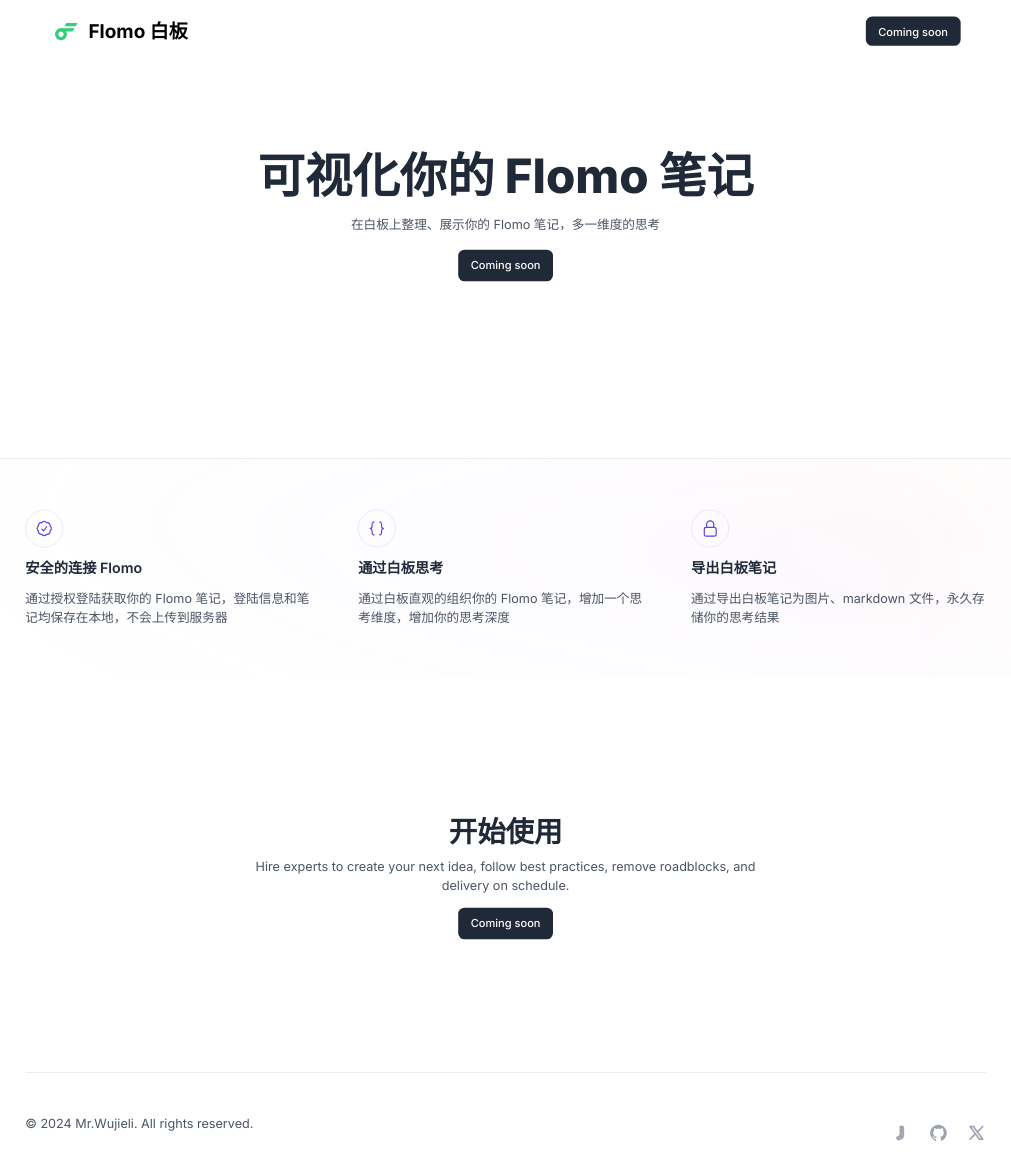
Repository: wujieli0207/flomo-board
Page: /
An editor plug-in stored every save of this project. The page is shown before and after the next save, followed by the edit.
The browser window is 1280 px wide. The pictures show the whole page, at 79% of full size.
The project was rebuilt for these pictures with package versions that can differ from the ones it lists, and the page was loaded fresh each time. The framework's server and built-in components were replaced by stand-ins that run in the browser. Also part of the build but not shown: next.config.mjs.

Above is the page before, as saved 2024-06-22 20:26:45.

### app/page.tsx
import GradientWrapper from '@/components/GradientWrapper'
import Features from '@/components/ui/Features'
import Footer from '@/components/ui/Footer'
import FooterCTA from '@/components/ui/FooterCTA'
import Hero from '@/components/ui/Hero'
import Navbar from '@/components/ui/Navbar'

export default function Home() {
  return (
    <>
      <Navbar />
      <main className="flex min-h-screen flex-col items-center justify-between">
        <Hero />
        <GradientWrapper>
          <Features />
        </GradientWrapper>
        <FooterCTA />
      </main>
      <Footer />
    </>
  )
}

### app/globals.css
@tailwind base;
@tailwind components;
@tailwind utilities;

.custom-screen {
  @apply max-w-screen-xl mx-auto px-4 md:px-8;
}

.gradient-border {
  border: 1px solid transparent;
  background: linear-gradient(white, white),
    linear-gradient(
      25deg,
      rgba(209, 213, 219, 1),
      rgba(209, 213, 219, 1),
      rgba(0, 0, 0, 0.63),
      rgba(209, 213, 219, 1),
      rgba(209, 213, 219, 1)
    );
  background-clip: padding-box, border-box;
  background-origin: padding-box, border-box;
}

### components/GradientWrapper.tsx
import { ReactNode } from 'react'

interface IProps {
  children: ReactNode
  className?: string
}

const GradientWrapper = ({ children, className = '' }: IProps) => (
  <div
    className={`relative overflow-hidden my-16 border-t sm:my-28 ${
      className ?? ''
    }`}
  >
    <div
      className="blur-[100px] absolute inset-0 w-full h-full"
      style={{
        background:
          'linear-gradient(202.72deg, rgba(237, 78, 80, 0.05) 14.76%, rgba(152, 103, 240, 0.04) 34.37%, rgba(152, 103, 240, 0) 86.62%)',
      }}
    ></div>
    <div className="relative">{children}</div>
  </div>
)

export default GradientWrapper

### components/ui/Features/index.tsx
import SectionWrapper from '../../SectionWrapper'

const Features = () => {
  const features = [
    {
      icon: (
        <svg
          xmlns="http://www.w3.org/2000/svg"
          fill="none"
          viewBox="0 0 24 24"
          strokeWidth={1.5}
          stroke="currentColor"
          className="w-6 h-6"
        >
          <path
            strokeLinecap="round"
            strokeLinejoin="round"
            d="M9 12.75L11.25 15 15 9.75M21 12c0 1.268-.63 2.39-1.593 3.068a3.745 3.745 0 01-1.043 3.296 3.745 3.745 0 01-3.296 1.043A3.745 3.745 0 0112 21c-1.268 0-2.39-.63-3.068-1.593a3.746 3.746 0 01-3.296-1.043 3.745 3.745 0 01-1.043-3.296A3.745 3.745 0 013 12c0-1.268.63-2.39 1.593-3.068a3.745 3.745 0 011.043-3.296 3.746 3.746 0 013.296-1.043A3.746 3.746 0 0112 3c1.268 0 2.39.63 3.068 1.593a3.746 3.746 0 013.296 1.043 3.746 3.746 0 011.043 3.296A3.745 3.745 0 0121 12z"
          />
        </svg>
      ),
      title: '安全的连接 Flomo',
      desc: '通过授权登陆获取你的 Flomo 笔记，登陆信息和笔记均保存在本地，不会上传到服务器',
    },
    {
      icon: (
        <svg
          className="w-6 h-6"
          viewBox="0 0 24 24"
          fill="none"
          xmlns="http://www.w3.org/2000/svg"
        >
          <path
            fill-rule="evenodd"
            clip-rule="evenodd"
            d="M9 4.476V3H8.865C8.3955 3 7.941 3.093 7.5015 3.2775C7.06407 3.46087 6.66854 3.73136 6.339 4.0725C6.01829 4.39483 5.76667 4.77915 5.5995 5.202V5.2035C5.45069 5.60502 5.35097 6.02305 5.3025 6.4485V6.4515C5.25984 6.8816 5.24781 7.31419 5.2665 7.746C5.2845 8.181 5.2935 8.616 5.2935 9.0495C5.2935 9.354 5.2335 9.639 5.118 9.9075V9.909C4.89786 10.433 4.48805 10.8546 3.9705 11.0895C3.70659 11.2048 3.42148 11.2635 3.1335 11.262H3V12.738H3.135C3.4275 12.738 3.705 12.798 3.969 12.9195L3.9705 12.921C4.2375 13.038 4.464 13.197 4.653 13.398L4.656 13.401C4.851 13.596 5.0055 13.8285 5.1165 14.0985L5.118 14.1015C5.235 14.3715 5.2935 14.6535 5.2935 14.9505C5.2935 15.3855 5.2845 15.8205 5.2665 16.254C5.2485 16.698 5.2605 17.1315 5.3025 17.559V17.5605C5.352 17.985 5.451 18.3975 5.598 18.7965V18.798C5.757 19.2075 6.0045 19.584 6.339 19.9275C6.6735 20.2725 7.062 20.538 7.5015 20.7225C7.941 20.907 8.3955 21 8.8665 21H9V19.524H8.865C8.565 19.524 8.2845 19.467 8.0205 19.3515C7.76585 19.2325 7.53389 19.0701 7.335 18.8715C7.14192 18.666 6.98519 18.4291 6.8715 18.171C6.7605 17.901 6.7065 17.616 6.7065 17.3115C6.7065 16.9695 6.711 16.632 6.723 16.3035C6.735 15.9615 6.735 15.6285 6.723 15.306C6.71771 14.9845 6.69015 14.6637 6.6405 14.346C6.59278 14.0326 6.50819 13.726 6.3885 13.4325C6.15504 12.8646 5.77322 12.3698 5.283 12C5.77377 11.6304 6.15612 11.1356 6.39 10.5675C6.51 10.2795 6.5925 9.978 6.642 9.6645C6.6915 9.3495 6.7185 9.03 6.7245 8.7045C6.7365 8.3745 6.7365 8.0415 6.7245 7.7055C6.7125 7.3695 6.7065 7.0305 6.7065 6.6885C6.7039 6.25858 6.82703 5.83727 7.06076 5.47643C7.29448 5.11558 7.6286 4.83093 8.022 4.6575C8.28687 4.53605 8.57512 4.4741 8.8665 4.476H9ZM15 19.524V21H15.135C15.6045 21 16.059 20.907 16.4985 20.7225C16.938 20.538 17.3265 20.2725 17.661 19.9275C17.9955 19.5825 18.243 19.2075 18.4005 18.798V18.7965C18.5505 18.3975 18.648 17.982 18.6975 17.5515V17.5485C18.7395 17.1285 18.7515 16.698 18.7335 16.254C18.7155 15.819 18.7065 15.384 18.7065 14.9505C18.7065 14.646 18.7665 14.361 18.882 14.0925V14.091C19.1019 13.5668 19.5118 13.1452 20.0295 12.9105C20.2935 12.7954 20.5785 12.7367 20.8665 12.738H21V11.262H20.865C20.571 11.262 20.2935 11.202 20.0295 11.0805L20.028 11.079C19.7705 10.968 19.5382 10.8057 19.3455 10.602L19.3425 10.599C19.1443 10.3993 18.9878 10.1622 18.882 9.9015V9.8985C18.7648 9.63083 18.7045 9.34171 18.705 9.0495C18.705 8.6145 18.714 8.1795 18.732 7.746C18.7507 7.3107 18.7387 6.87461 18.696 6.441V6.4395C18.6474 6.01715 18.5482 5.60217 18.4005 5.2035V5.202C18.2329 4.77902 17.9807 4.39469 17.6595 4.0725C17.3299 3.7314 16.9344 3.46091 16.497 3.2775C16.0653 3.09415 15.601 2.99977 15.132 3H15V4.476H15.135C15.435 4.476 15.7155 4.533 15.978 4.6485C16.239 4.7715 16.467 4.9305 16.6635 5.1285C16.854 5.3295 17.0085 5.5635 17.127 5.829C17.238 6.099 17.292 6.384 17.292 6.6885C17.292 7.0305 17.2875 7.3665 17.2755 7.6965C17.2635 8.0385 17.2635 8.3715 17.2755 8.694C17.2815 9.027 17.3085 9.3465 17.358 9.654C17.4075 9.975 17.4915 10.278 17.61 10.5675C17.8439 11.1356 18.2263 11.6303 18.717 12C18.2263 12.3697 17.8439 12.8644 17.61 13.4325C17.4912 13.7227 17.4066 14.0257 17.358 14.3355C17.3085 14.6505 17.2815 14.97 17.2755 15.2955C17.2634 15.6284 17.2634 15.9616 17.2755 16.2945C17.2875 16.6305 17.2935 16.9695 17.2935 17.3115C17.2959 17.7414 17.1727 18.1626 16.939 18.5234C16.7053 18.8842 16.3713 19.1689 15.978 19.3425C15.7131 19.4639 15.4249 19.5259 15.1335 19.524H15Z"
            fill="currentColor"
          />
        </svg>
      ),
      title: '通过白板思考',
      desc: '通过白板直观的组织你的 Flomo 笔记，增加一个思考维度，增加你的思考深度',
    },
    {
      icon: (
        <svg
          xmlns="http://www.w3.org/2000/svg"
          fill="none"
          viewBox="0 0 24 24"
          strokeWidth={1.5}
          stroke="currentColor"
          className="w-6 h-6"
        >
          <path
            strokeLinecap="round"
            strokeLinejoin="round"
            d="M16.5 10.5V6.75a4.5 4.5 0 10-9 0v3.75m-.75 11.25h10.5a2.25 2.25 0 002.25-2.25v-6.75a2.25 2.25 0 00-2.25-2.25H6.75a2.25 2.25 0 00-2.25 2.25v6.75a2.25 2.25 0 002.25 2.25z"
          />
        </svg>
      ),
      title: '导出白板笔记',
      desc: '通过导出白板笔记为图片、markdown 文件，永久存储你的思考结果',
    },
  ]

  return (
    <SectionWrapper>
      <div id="features" className="custom-screen text-gray-600">
        <ul className="grid gap-x-12 gap-y-8 sm:grid-cols-2 lg:grid-cols-3">
          {features.map((item, idx) => (
            <li key={idx} className="space-y-3">
              <div className="w-12 h-12 border text-indigo-600 rounded-full flex items-center justify-center">
                {item.icon}
              </div>
              <h4 className="text-lg text-gray-800 font-semibold">
                {item.title}
              </h4>
              <p>{item.desc}</p>
            </li>
          ))}
        </ul>
      </div>
    </SectionWrapper>
  )
}

export default Features

### components/ui/Footer/index.tsx
import Link from 'next/link'

const socialInfo = [
  {
    icon: (
      <svg
        className="fill-current h-6"
        viewBox="0 0 1024 1024"
        version="1.1"
        xmlns="http://www.w3.org/2000/svg"
        p-id="11966"
      >
        <path
          d="M297.88660622 864.60698169a17.99472925 17.99472925 0 0 1-1.92238933 0.35535076l61.27179093 59.73970488c58.91832035-5.41181725 116.59000035-20.90744035 159.05150293-36.26325333 42.49645511-15.39076551 77.44316302-35.15642311 104.9100288-59.38435413a221.79130027 221.79130027 0 0 0 61.02129778-87.27647574c13.18293049-33.98551325 19.77148302-73.20225565 19.77148302-117.66187804V404.55008711c0-49.51608889 0.18058809-92.43779982 0.53593885-128.73600569 0.35535075-36.3331584 0.57089138-69.10698382 0.57089138-98.42633387l-68.53609245-54.67741297c0 29.24361955-0.18058809 62.01744498-0.53593884 98.31565084s-0.53593885 79.22574222-0.53593884 128.73600569v219.57763982c0 44.45379698-6.58855253 83.6763648-19.77148303 117.62692552a221.8786816 221.8786816 0 0 1-61.02129777 87.27647573c-27.43191325 24.2221056-62.40774827 44.02854115-104.9100288 59.38435413-41.93138915 15.16357405-91.9076864 25.49787307-149.89976463 30.97959538z"
          p-id="11967"
        ></path>
        <path
          d="M634.59018525 122.59965155c0 29.27857209-0.21554062 62.08735005-0.57089138 98.39138134a13396.43221333 13396.43221333 0 0 0-0.53593885 128.77678364v219.57763982c0 44.45379698-6.58855253 83.6763648-19.80643555 117.62692552a221.85537991 221.85537991 0 0 1-60.98634525 87.27647573c-27.46686578 24.2221056-62.44852622 44.02854115-104.9100288 59.38435413s-93.15432675 25.75419165-152.07264711 31.17183432l-33.05927111-142.02379378c26.85519645-2.98261618 53.48320142-7.79441493 79.68595058-14.38879289a165.97210453 165.97210453 0 0 0 59.62902187-28.46301298c18.05880889-14.06839467 31.70194773-31.77767822 40.96436906-53.1103744 9.19251627-21.3385216 13.78294898-49.51608889 13.78294898-84.5676544 0-28.21251982 0.1048576-57.92217315 0.28544569-89.19886507 0.18058809-31.24173938 0.25049315-63.51457849 0.25049315-96.74861226 0-57.85226809-0.25049315-103.83815111-0.786432-137.99842702-0.57089138-34.16027591-0.9961472-66.04281173-1.35149795-95.68256h179.42882987l0.0524288-0.0233017z"
          p-id="11968"
        ></path>
      </svg>
    ),
    href: 'https://web.okjike.com/u/737645D8-42B5-4B4F-9687-DCA50D85DE1A',
  },
  {
    icon: (
      <svg
        className="fill-current h-6 icon"
        viewBox="0 0 1024 1024"
        version="1.1"
        xmlns="http://www.w3.org/2000/svg"
        p-id="10708"
      >
        <path
          d="M511.6 76.3C264.3 76.2 64 276.4 64 523.5 64 718.9 189.3 885 363.8 946c23.5 5.9 19.9-10.8 19.9-22.2v-77.5c-135.7 15.9-141.2-73.9-150.3-88.9C215 726 171.5 718 184.5 703c30.9-15.9 62.4 4 98.9 57.9 26.4 39.1 77.9 32.5 104 26 5.7-23.5 17.9-44.5 34.7-60.8-140.6-25.2-199.2-111-199.2-213 0-49.5 16.3-95 48.3-131.7-20.4-60.5 1.9-112.3 4.9-120 58.1-5.2 118.5 41.6 123.2 45.3 33-8.9 70.7-13.6 112.9-13.6 42.4 0 80.2 4.9 113.5 13.9 11.3-8.6 67.3-48.8 121.3-43.9 2.9 7.7 24.7 58.3 5.5 118 32.4 36.8 48.9 82.7 48.9 132.3 0 102.2-59 188.1-200 212.9 23.5 23.2 38.1 55.4 38.1 91v112.5c0.8 9 0 17.9 15 17.9 177.1-59.7 304.6-227 304.6-424.1 0-247.2-200.4-447.3-447.5-447.3z"
          p-id="10709"
        ></path>
      </svg>
    ),
    href: 'https://github.com/wujieli0207',
  },
  {
    icon: (
      <svg
        xmlns="http://www.w3.org/2000/svg"
        width="24"
        height="24"
        viewBox="0 0 24 24"
        fill="none"
        stroke="currentColor"
        stroke-width="2"
        stroke-linecap="round"
        stroke-linejoin="round"
      >
        <path stroke="none" d="M0 0h24v24H0z" fill="none" />
        <path d="M4 4l11.733 16h4.267l-11.733 -16z" />
        <path d="M4 20l6.768 -6.768m2.46 -2.46l6.772 -6.772" />
      </svg>
    ),
    href: 'https://x.com/li_wujie',
  },
]

const Footer = () => (
  <footer>
    <div className="custom-screen pt-16">
      <div className="mt-10 py-10 border-t items-center justify-between sm:flex">
        <p className="text-gray-600">
          © 2024{' '}
          <Link
            href="https://wujieli.com"
            target="_blank"
            className="hover:text-gray-800 hover:underline duration-150"
          >
            Mr.Wujieli
          </Link>
          . All rights reserved.
        </p>
        <div className="flex items-center gap-x-6 text-gray-400 mt-6">
          {socialInfo.map((item, idx) => (
            <a
              key={idx}
              href={item.href}
              aria-label="social media"
              target="_blank"
              rel="noreferrer"
            >
              {item.icon}
            </a>
          ))}
        </div>
      </div>
    </div>
  </footer>
)

export default Footer

### components/ui/FooterCTA/index.tsx
import SectionWrapper from '../../SectionWrapper'
import NavLink from '../NavLink'

const FooterCTA = () => (
  <SectionWrapper>
    <div className="custom-screen">
      <div className="max-w-2xl mx-auto text-center">
        <h2 className="text-gray-800 text-3xl font-semibold sm:text-4xl">
          开始使用
        </h2>
        <p className="mt-3 text-gray-600">
          Hire experts to create your next idea, follow best practices, remove
          roadblocks, and delivery on schedule.
        </p>
        <NavLink
          href="/"
          className="mt-4 inline-block font-medium text-sm text-white bg-gray-800 hover:bg-gray-600 active:bg-gray-900"
        >
          Coming soon
        </NavLink>
      </div>
    </div>
  </SectionWrapper>
)

export default FooterCTA

### components/ui/Hero/index.tsx
import NavLink from '../NavLink'

const Hero = () => (
  <section>
    <div className="custom-screen py-28 text-gray-600">
      <div className="space-y-5 max-w-4xl mx-auto text-center">
        <h1 className="text-4xl text-gray-800 font-extrabold mx-auto sm:text-6xl">
          可视化你的 Flomo 笔记
        </h1>
        <p className="max-w-xl mx-auto">
          在白板上整理、展示你的 Flomo 笔记，多一维度的思考
        </p>
        <div className="flex items-center justify-center gap-x-3 font-medium text-sm">
          <NavLink
            href="/"
            className="text-white bg-gray-800 hover:bg-gray-600 active:bg-gray-900 "
          >
            Coming soon
          </NavLink>
          {/* <NavLink
            href="#cta"
            className="text-gray-700 border hover:bg-gray-50"
          >
            Learn more
          </NavLink> */}
        </div>
      </div>
    </div>
  </section>
)

export default Hero

### components/ui/Navbar/index.tsx
'use client'

import Link from 'next/link'
import { useEffect, useState } from 'react'
import Brand from '../Brand'
import NavLink from '../NavLink'

const Navbar = () => {
  const [state, setState] = useState(false)
  // const { events } = useRouter()

  // const navigation = [{ title: 'Features', path: '#features' }]

  useEffect(() => {
    // Close the navbar menu when navigate
    const handleState = () => {
      document.body.classList.remove('overflow-hidden')
      setState(false)
    }
    // events.on('routeChangeStart', () => handleState())
    // events.on('hashChangeStart', () => handleState())
  }, [])

  const handleNavMenu = () => {
    setState(!state)
    document.body.classList.toggle('overflow-hidden')
  }

  return (
    <nav
      className={`bg-white w-full px-8 md:static md:text-sm ${
        state ? 'fixed z-10 h-full' : ''
      }`}
    >
      <div className="custom-screen items-center mx-auto md:flex">
        <div className="flex items-center justify-between py-3 md:py-5 md:block">
          <Brand />
          <div className="md:hidden">
            <button
              role="button"
              aria-label="Open the menu"
              className="text-gray-500 hover:text-gray-800"
              onClick={handleNavMenu}
            >
              {state ? (
                <svg
                  xmlns="http://www.w3.org/2000/svg"
                  className="h-6 w-6"
                  viewBox="0 0 20 20"
                  fill="currentColor"
                >
                  <path
                    fillRule="evenodd"
                    d="M4.293 4.293a1 1 0 011.414 0L10 8.586l4.293-4.293a1 1 0 111.414 1.414L11.414 10l4.293 4.293a1 1 0 01-1.414 1.414L10 11.414l-4.293 4.293a1 1 0 01-1.414-1.414L8.586 10 4.293 5.707a1 1 0 010-1.414z"
                    clipRule="evenodd"
                  />
                </svg>
              ) : (
                <svg
                  xmlns="http://www.w3.org/2000/svg"
                  fill="none"
                  viewBox="0 0 24 24"
                  strokeWidth={1.5}
                  stroke="currentColor"
                  className="w-6 h-6"
                >
                  <path
                    strokeLinecap="round"
                    strokeLinejoin="round"
                    d="M3.75 6.75h16.5M3.75 12h16.5m-16.5 5.25h16.5"
                  />
                </svg>
              )}
            </button>
          </div>
        </div>
        <div
          className={`flex-1 pb-3 mt-8 md:pb-0 md:mt-0 md:block ${
            state ? '' : 'hidden'
          }`}
        >
          <ul className="text-gray-700 justify-end items-center space-y-6 md:flex md:space-x-6 md:space-y-0 md:text-gray-600 md:font-medium">
            {/* {navigation.map((item, idx) => {
              return (
                <li key={idx} className="duration-150 hover:text-gray-900">
                  <Link href={item.path} className="block">
                    {item.title}
                  </Link>
                </li>
              )
            })} */}
            <li>
              <NavLink
                href="/"
                className="block font-medium text-sm text-white bg-gray-800 hover:bg-gray-600 active:bg-gray-900 md:inline"
              >
                Coming soon
              </NavLink>
            </li>
          </ul>
        </div>
      </div>
    </nav>
  )
}

export default Navbar

### components/SectionWrapper.tsx
import { ReactNode } from 'react'

interface IProps {
  children: ReactNode
  id?: string
  className?: string
}

const SectionWrapper = ({ children, id, className }: IProps) => (
  <section id={id} className={`py-16 ${className ?? ''}`}>
    {children}
  </section>
)

export default SectionWrapper

### components/ui/NavLink/index.tsx
import Link from 'next/link'
import { ReactNode } from 'react'

interface IProps {
  children: ReactNode
  href: string
  className?: string
}

const NavLink = ({ children, href, className = '' }: IProps) => (
  <Link
    href={href}
    className={`py-2.5 px-4 text-center rounded-lg duration-150 ${className}`}
  >
    {children}
  </Link>
)

export default NavLink

### components/ui/Brand/index.tsx
import Image from 'next/image'
import Link from 'next/link'

const Brand = () => (
  <Link href="/" className="flex items-center">
    <Image src="/logo.svg" width={40} height={40} alt="logo" />
    <h1 className="ml-2 text-2xl font-bold">Flomo 白板</h1>
  </Link>
)
export default Brand

### tailwind.config.ts
import type { Config } from 'tailwindcss'

const config: Config = {
  content: [
    './pages/**/*.{js,ts,jsx,tsx,mdx}',
    './components/**/*.{js,ts,jsx,tsx,mdx}',
    './app/**/*.{js,ts,jsx,tsx,mdx}',
  ],
  theme: {
    extend: {
      backgroundImage: {
        'gradient-radial': 'radial-gradient(var(--tw-gradient-stops))',
        'gradient-conic':
          'conic-gradient(from 180deg at 50% 50%, var(--tw-gradient-stops))',
      },
    },
  },
  plugins: [
    require('@tailwindcss/forms')({
      strategy: 'class', // only generate classes
    }),
  ],
}
export default config

Loaded but not shown: app/layout.tsx (common file)

After the next save:
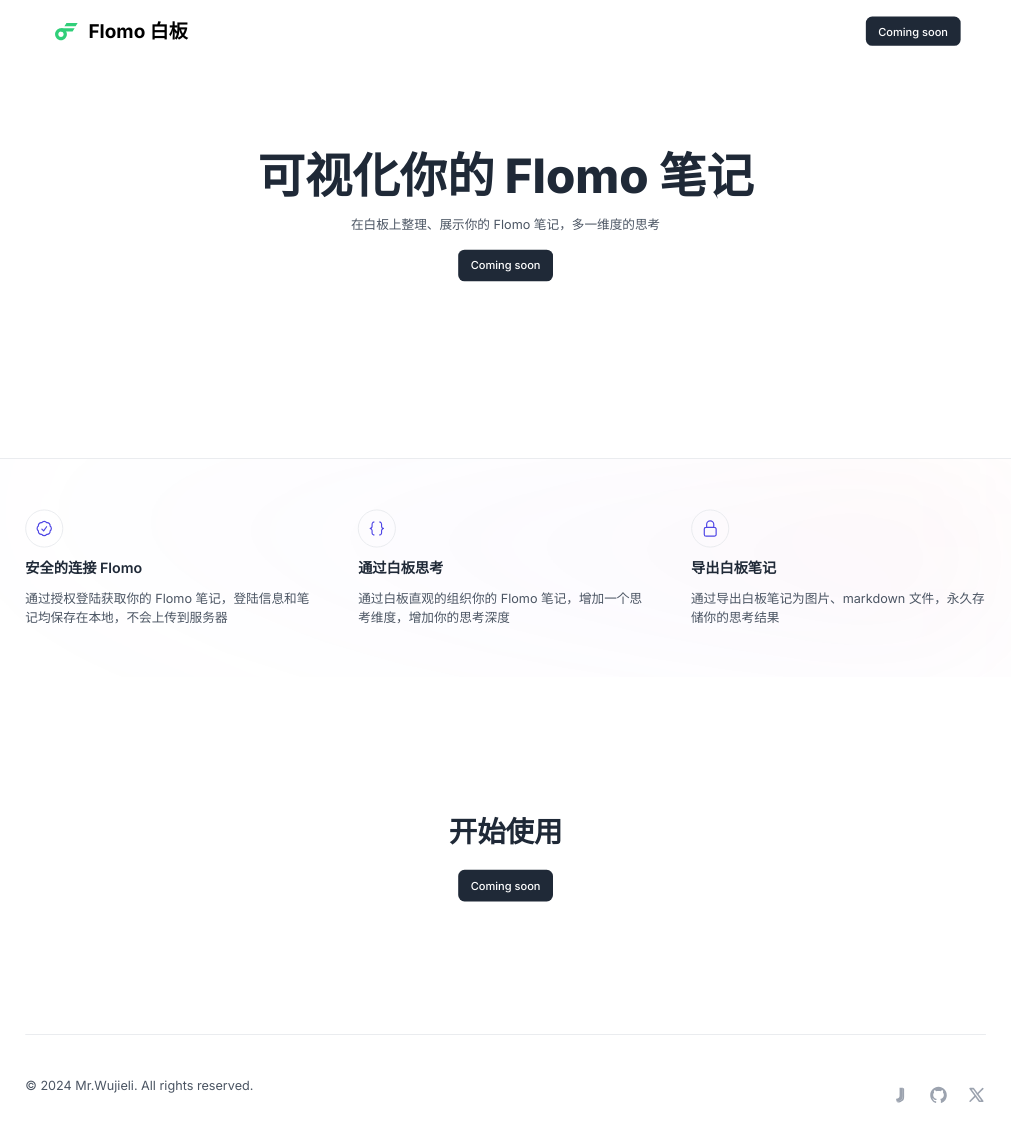
Saved 8 s later.
--- a/components/ui/FooterCTA/index.tsx
+++ b/components/ui/FooterCTA/index.tsx
@@ -8,10 +8,7 @@
         <h2 className="text-gray-800 text-3xl font-semibold sm:text-4xl">
           开始使用
         </h2>
-        <p className="mt-3 text-gray-600">
-          Hire experts to create your next idea, follow best practices, remove
-          roadblocks, and delivery on schedule.
-        </p>
+        <p className="mt-3 text-gray-600"></p>
         <NavLink
           href="/"
           className="mt-4 inline-block font-medium text-sm text-white bg-gray-800 hover:bg-gray-600 active:bg-gray-900"
